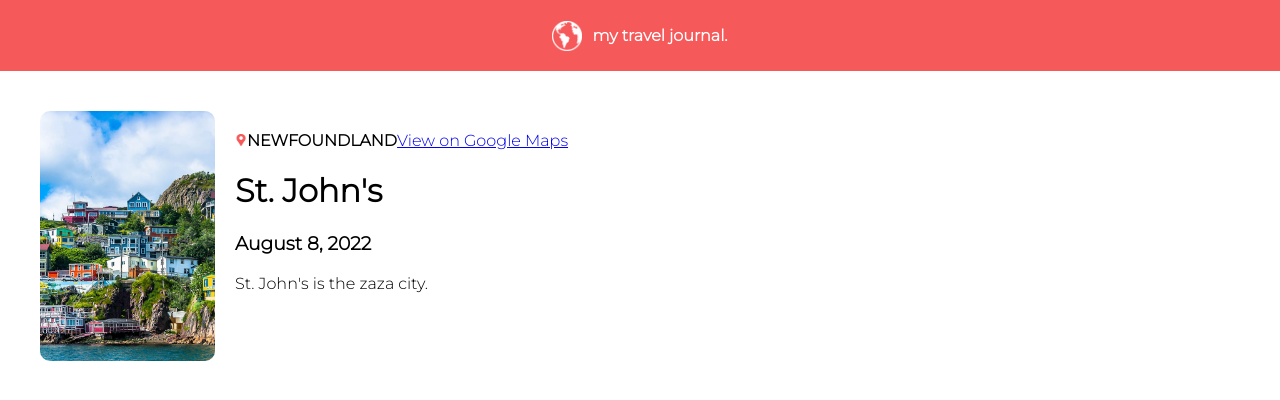
Repository: jsong552/my-city-checklist
Page: /
The author's editor kept a copy of each file at every save. The page is drawn from the files as they stood at one save, then again after the next save.
The browser window is 1280 px wide. The pictures show the whole page.
The project was rebuilt for these pictures with package versions that can differ from the ones it lists, and the page was loaded fresh each time. Imported but missing from the stored project, and not drawn on this page: src/reportWebVitals.

Above is the page before, as saved 2023-12-29 18:56:37.

### public/index.html
<!DOCTYPE html>
<html lang="en">
  <head>
    <meta charset="utf-8" />
    <link rel="preconnect" href="https://fonts.googleapis.com">
    <link rel="preconnect" href="https://fonts.gstatic.com" crossorigin>
    <link href="https://fonts.googleapis.com/css2?family=Inter:wght@400;600;700&family=Montserrat:wght@300&display=swap" rel="stylesheet">
    <link rel="icon" href="%PUBLIC_URL%/favicon.ico" />
    <meta name="viewport" content="width=device-width, initial-scale=1" />
    <meta name="theme-color" content="#000000" />
    <meta
      name="description"
      content="Web site created using create-react-app"
    />
    <link rel="apple-touch-icon" href="%PUBLIC_URL%/logo192.png" />
    <!--
      manifest.json provides metadata used when your web app is installed on a
      user's mobile device or desktop. See https://developers.google.com/web/fundamentals/web-app-manifest/
    -->
    <link rel="manifest" href="%PUBLIC_URL%/manifest.json" />
    <!--
      Notice the use of %PUBLIC_URL% in the tags above.
      It will be replaced with the URL of the `public` folder during the build.
      Only files inside the `public` folder can be referenced from the HTML.

      Unlike "/favicon.ico" or "favicon.ico", "%PUBLIC_URL%/favicon.ico" will
      work correctly both with client-side routing and a non-root public URL.
      Learn how to configure a non-root public URL by running `npm run build`.
    -->
    <title>React App</title>
  </head>
  <body>
    <noscript>You need to enable JavaScript to run this app.</noscript>
    <div id="root"></div>
    <!--
      This HTML file is a template.
      If you open it directly in the browser, you will see an empty page.

      You can add webfonts, meta tags, or analytics to this file.
      The build step will place the bundled scripts into the <body> tag.

      To begin the development, run `npm start` or `yarn start`.
      To create a production bundle, use `npm run build` or `yarn build`.
    -->
  </body>
</html>

### src/index.css
body {
    margin: 0px;
}

.navbar {
    display: flex;
    align-items: center;
    padding: 10px;
    justify-content: center;
    background-color: #F6595A;
}

.navbar img {
    width: 30px;
    margin-right: 10px;
}

.navbar p {
    color: white;
    font-family: Montserrat;
    font-weight: 600;
}

/* card styles */

.cardsContainer {
    margin-left: 40px;
    margin-top: 40px;
}

.card {
    display: flex;
    font-family: Montserrat;
}

.imageOfLocation {
    height: 250px;
    width: 175px;
    border-radius: 10px;
    object-fit: cover;
}

.cardInfo {
    margin-left: 20px;
    padding-top: 20px;
}

.locationMarker {
    width: 12px;
}

.cardLocation * {
    display: inline;
}

### src/App.js
import React from "react";
import Navbar from "./components/Navbar.js";
import Card from "./components/Card.js";

export default function App() {
    return (
        <div className="container">
            <Navbar />
            <div className="cardsContainer">
                <Card />
            </div>
        </div>
    )
}

### src/components/Navbar.js
import React from "react";

export default function Navbar() {
    return (
        <nav className="navbar">
            <img src={require('../images/logo.png')} alt="logo"/>
            <p>my travel journal.</p>
        </nav>
    )
}

### src/components/Card.js
import React from "react";

export default function Card() {
    return (
        <div className="card">
            <img className="imageOfLocation" src={require('../images/stjohns.jpg')} alt="St. Johns Downtown" />
            <div className="cardInfo">
                <span className="cardLocation">
                    <img className="locationMarker" src={require('../images/location-marker.png')} />
                    <h4>NEWFOUNDLAND</h4>
                    <a href="https://www.google.com/maps/place/St.+John's,+NL/@47.4825126,-52.9947887,11z/data=!3m1!4b1!4m6!3m5!1s0x4b0ca38e6b0aa261:0x9e1fd4001f12261f!8m2!3d47.5556097!4d-52.7452511!16zL20vMGo4cDY?hl=en&entry=ttu">View on Google Maps</a>
                </span>
                <h1>St. John's</h1>
                <h3>August 8, 2022</h3>
                <p>St. John's is the zaza city.</p>
            </div>
        </div>
    )
}

Loaded but not shown: src/index.js (common file)

After the next save:
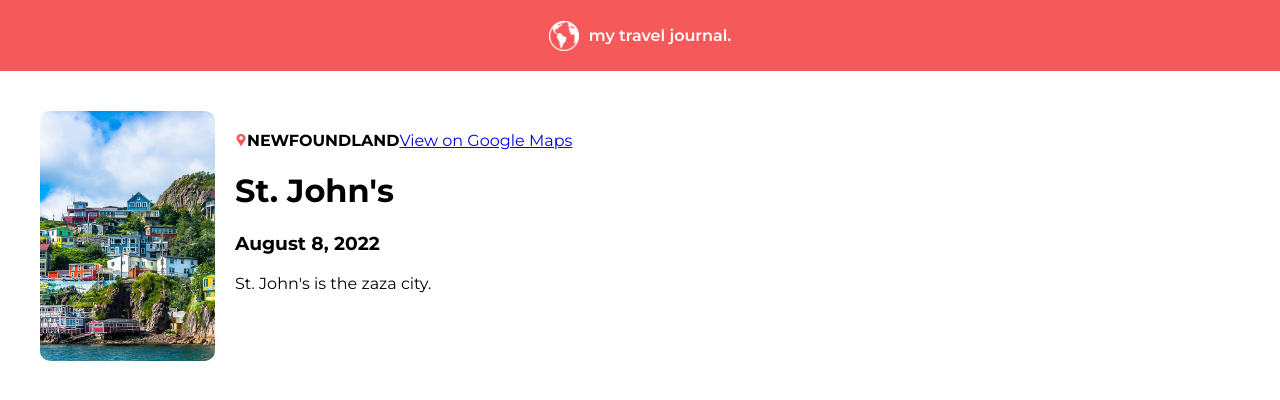
Saved 2 min 17 s later.
--- a/public/index.html
+++ b/public/index.html
@@ -4,7 +4,7 @@
     <meta charset="utf-8" />
     <link rel="preconnect" href="https://fonts.googleapis.com">
     <link rel="preconnect" href="https://fonts.gstatic.com" crossorigin>
-    <link href="https://fonts.googleapis.com/css2?family=Inter:wght@400;600;700&family=Montserrat:wght@300&display=swap" rel="stylesheet">
+    <link href="https://fonts.googleapis.com/css2?family=Inter:wght@400;600;700&family=Montserrat:wght@200;300;400;500;600;700&display=swap" rel="stylesheet">
     <link rel="icon" href="%PUBLIC_URL%/favicon.ico" />
     <meta name="viewport" content="width=device-width, initial-scale=1" />
     <meta name="theme-color" content="#000000" />
